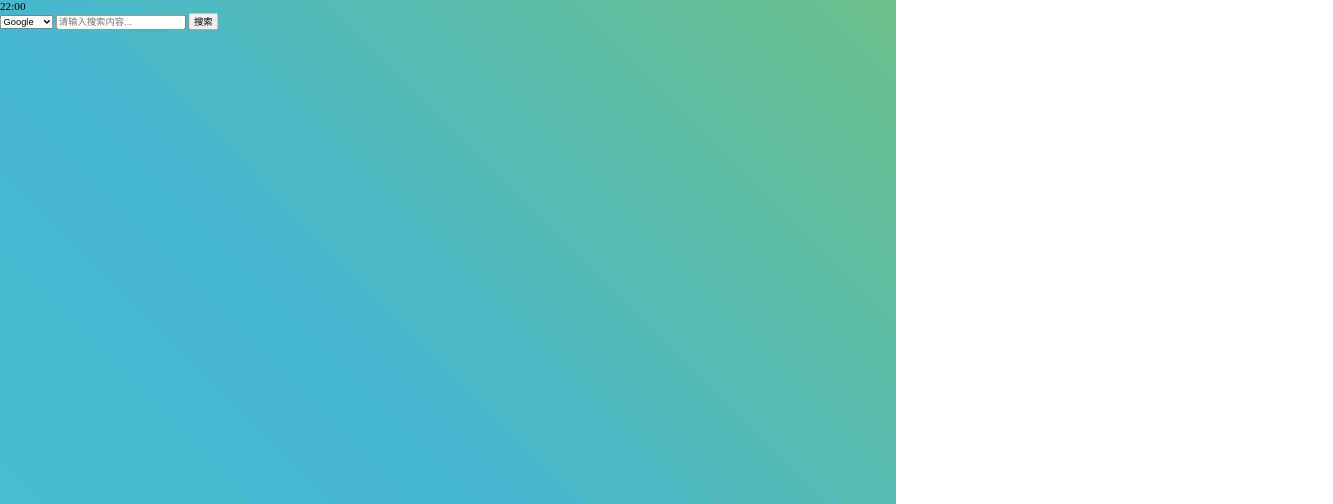
Repository: RADEKWRLD/NaviR
Page: index.html
These files come from the project's save history. The page is drawn as it stood at one moment and after the next save; the edit follows.
The browser window is 1280 px wide. The page is 1280 px wide, then 1904 px, so the pictures cover 1904 px, including what lies to the right of the window. The pictures show the part of the page from y = 0 to 1280 px (the page is 720 px tall before and 1829 px after), at 70% of full size.

Above is the page before, as saved 2025-05-23 22:10:53.

### index.html
<!DOCTYPE html>
<html lang="en">
<head>
    <meta charset="UTF-8">
    <meta name="viewport" content="width=device-width, initial-scale=1.0">
    <title>Document</title>
    <link rel="stylesheet" href="style.css">
</head>
<body>
    <div id="main">
        <div id="clock"><span>00:00</span></div>

        <div class="search-container">
            <form id="search-form">
                <select id="search-engine" class="search-engine">
                </select>
                <input type="text" id="search-input" placeholder="请输入搜索内容...">
                <button type="submit">搜索</button>
            </form>
        </div>
    </div>




    <script src="main/script.js"></script>
</body>
</html>

### style.css
body {
    margin: 0;
    min-height: 100vh;
    background: linear-gradient(
        45deg,
        #ff6b6b,
        #4ecdc4,
        #45b7d1,
        #96c93d
    );
    background-size: 400% 400%;
    animation: gradientBG 15s ease infinite;
}

@keyframes gradientBG {
    0% {
        background-position: 0% 50%;
    }
    50% {
        background-position: 100% 50%;
    }
    100% {
        background-position: 0% 50%;
    }
}

### main/script.js
//更新时间
function updateTime() {
    const now = new Date();
    const hours = String(now.getHours()).padStart(2, '0');
    const minutes = String(now.getMinutes()).padStart(2, '0');
    const timeString = `${hours}:${minutes}`;
    document.getElementById('clock').textContent = timeString;
}

// 搜索引擎配置
const searchEngines = {
    google: {
        name: 'Google',
        url: 'https://www.google.com/search?q='
    },
    bing: {
        name: 'Bing',
        url: 'https://www.bing.com/search?q='
    },
    baidu: {
        name: '百度',
        url: 'https://www.baidu.com/s?wd='
    },
    bingcn: {
        name: '必应中国',
        url: 'https://cn.bing.com/search?q='
    },
    github: {
        name: 'GitHub',
        url: 'https://github.com/search?q='
    },
    zhihu: {
        name: '知乎',
        url: 'https://www.zhihu.com/search?q='
    }
};

// 初始化搜索功能
function initSearch() {
    const searchForm = document.getElementById('search-form');
    const searchInput = document.getElementById('search-input');
    const searchEngine = document.getElementById('search-engine');

    // 动态添加搜索引擎选项
    for (const [key, engine] of Object.entries(searchEngines)) {
        const option = document.createElement('option');
        option.value = key;
        option.textContent = engine.name;
        searchEngine.appendChild(option);
    }

    searchForm.addEventListener('submit', function(e) {
        e.preventDefault();
        const searchTerm = searchInput.value.trim();
        if (searchTerm) {
            const engine = searchEngine.value;
            const searchUrl = searchEngines[engine].url + encodeURIComponent(searchTerm);
            window.location.href = searchUrl;
        }
    });
}





function init() {
    updateTime();
    setInterval(updateTime, 1000);
    // 搜索框事件监听
    initSearch();
}
init();

After the next save:
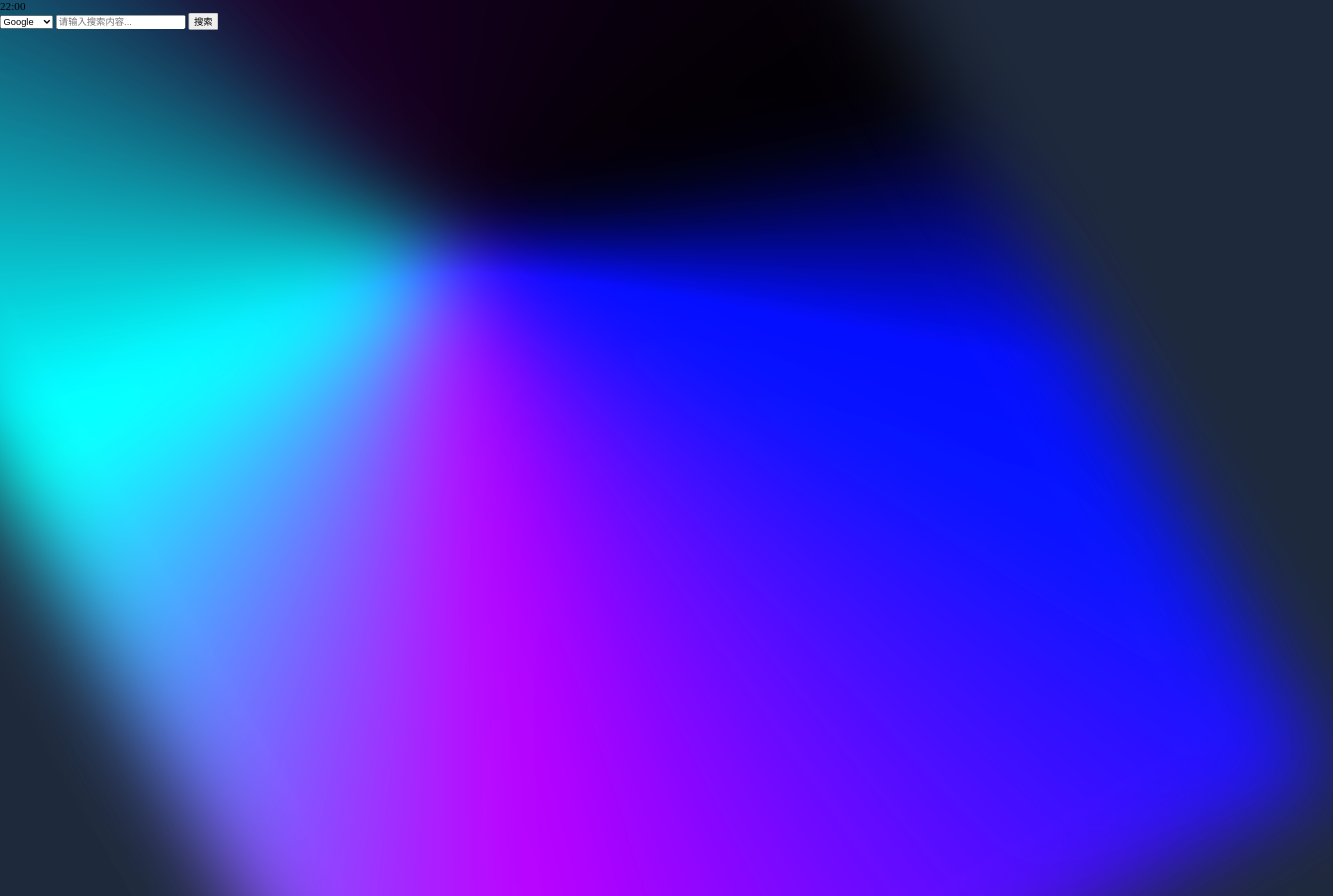
Saved 96 s later.
--- a/style.css
+++ b/style.css
@@ -1,25 +1,38 @@
 body {
     margin: 0;
     min-height: 100vh;
-    background: linear-gradient(
-        45deg,
-        #ff6b6b,
-        #4ecdc4,
-        #45b7d1,
-        #96c93d
-    );
-    background-size: 400% 400%;
-    animation: gradientBG 15s ease infinite;
+    background-color: #1e293b;
+    position: relative;
+    overflow: hidden;
 }
 
-@keyframes gradientBG {
-    0% {
-        background-position: 0% 50%;
+body::after {
+    content: '';
+    position: absolute;
+    top: -50%;
+    right: -50%;
+    bottom: -50%;
+    left: -50%;
+    background: conic-gradient(
+        from 180deg at 50% 50%,
+        #12001B -97.5deg,
+        #000000 14.05deg,
+        #040EFF 54.01deg,
+        #8000FF 113.42deg,
+        #00B6B6 185.62deg,
+        #12001B 262.5deg,
+        #000000 374.05deg
+    );
+    filter: blur(60px) brightness(1.5);
+    z-index: -1;
+    animation: move 30s linear infinite;
+}
+
+@keyframes move {
+    from {
+        transform: rotate(180deg);
     }
-    50% {
-        background-position: 100% 50%;
-    }
-    100% {
-        background-position: 0% 50%;
+    to {
+        transform: rotate(540deg);
     }
 }
